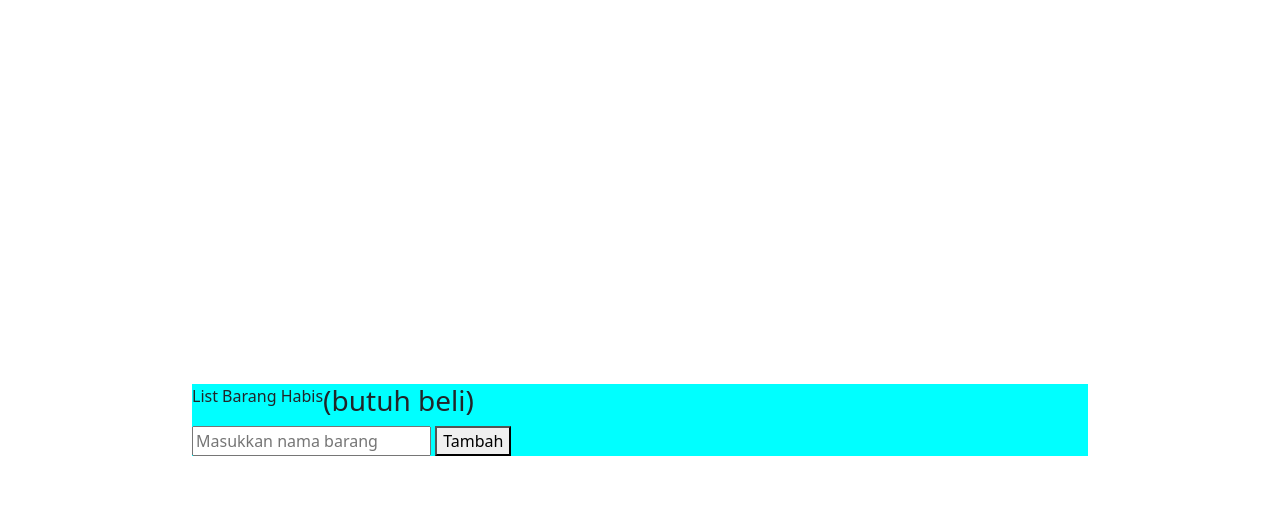
Repository: amorysdeo/dirumah
Page: index.html
The author's editor kept a copy of each file at every save. The page is drawn from the files as they stood at one save, then again after the next save.
The browser window is 1280 px wide. The pictures show the whole page.

Above is the page before, as saved 2025-11-27 11:49:10.

### index.html
<!DOCTYPE html>
<html lang="en">
<head>
    <meta charset="UTF-8">
    <meta name="viewport" content="width=device-width, initial-scale=1.0">
    <link rel="stylesheet" href="css.css">
    <link href="https://cdn.jsdelivr.net/npm/bootstrap@5.3.3/dist/css/bootstrap.min.css" rel="stylesheet">

    <title>Belanja</title>
</head>
<body>
    <div id="main-box">
        <div id="title" class="d-flex">
            <h1></h1>List Barang Habis</h1>
            <h3>(butuh beli)</h3>
        </div>
        <div id="inputan">
            <input type="text" id="barang" name="barang" placeholder="Masukkan nama barang">
            <button>Tambah</button>
        </div>
    </div>

    <script src="https://cdn.jsdelivr.net/npm/@popperjs/core@2.11.8/dist/umd/popper.min.js"></script>
    <script src="https://cdn.jsdelivr.net/npm/bootstrap@5.3.3/dist/js/bootstrap.min.js"></script>
</body>
</html>

### css.css
body{
    padding-top: 30%;
    align-items: center;
    justify-content: center;
    display: flex;
    margin-left: auto;
    margin-right: auto;
}

#main-box{
    background-color: aqua;
    justify-content: center;
    align-items: center;
    width: 70%;
}

After the next save:
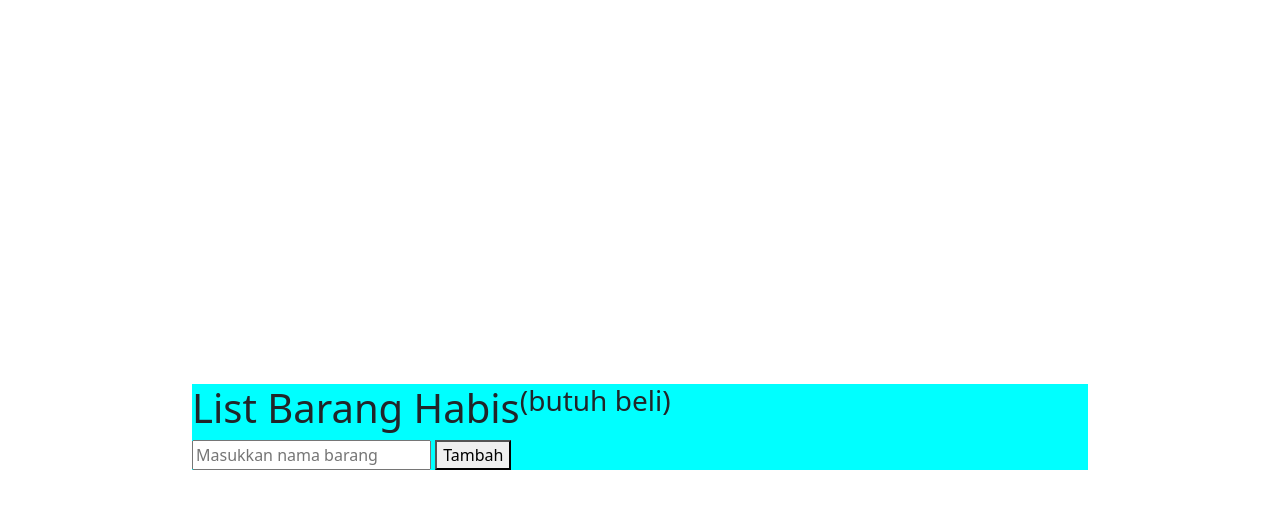
Saved 5 s later.
--- a/index.html
+++ b/index.html
@@ -11,7 +11,7 @@
 <body>
     <div id="main-box">
         <div id="title" class="d-flex">
-            <h1></h1>List Barang Habis</h1>
+            <h1>List Barang Habis</h1>
             <h3>(butuh beli)</h3>
         </div>
         <div id="inputan">
